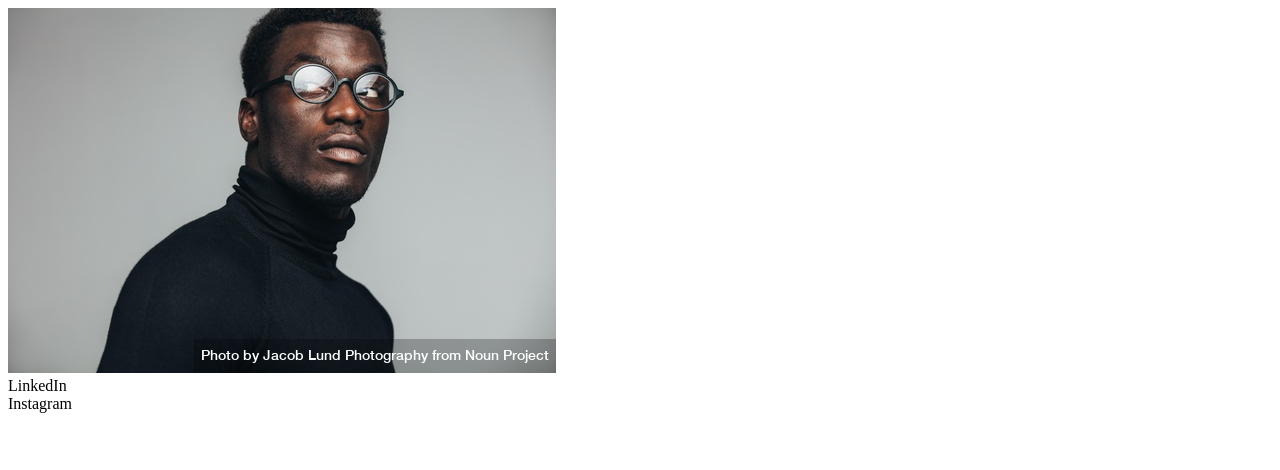
Repository: russel-success/Xcode-TASK-1
Page: index.html
An editor plug-in stored every save of this project. The page is shown before and after the next save, followed by the edit.
The browser window is 1280 px wide. The pictures show the whole page.

Above is the page before, as saved 2024-04-29 00:10:57.

### index.html
<!DOCTYPE html>
<html lang="en">
<head>
    <meta charset="UTF-8">
    <meta name="viewport" content="width=device-width, initial-scale=1.0">
    <title>Document</title>
</head>
<body>
    <div class="main">
        <div class="container">
            <div><img src="assets/np_Man staring away on gray background_0VPZY4_free.jpg" alt="" class="profile"></div>
            <div class="socials">
                <text>LinkedIn</text>
            </div>
            <div class="socials">
                <text>Instagram</text>
            </div>
            <div class="socials">
                <text></text>
            </div>
            <div class="socials">
                <text></text>
            </div>
        </div>
    </div>
</body>
</html>

After the next save:
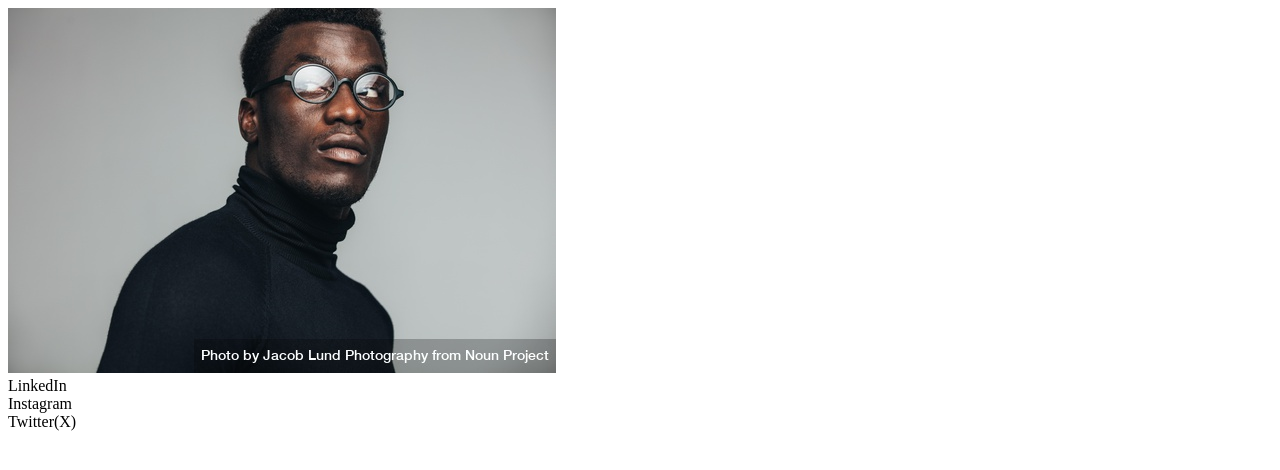
Saved 7 s later.
--- a/index.html
+++ b/index.html
@@ -16,7 +16,7 @@
                 <text>Instagram</text>
             </div>
             <div class="socials">
-                <text></text>
+                <text>Twitter(X)</text>
             </div>
             <div class="socials">
                 <text></text>
